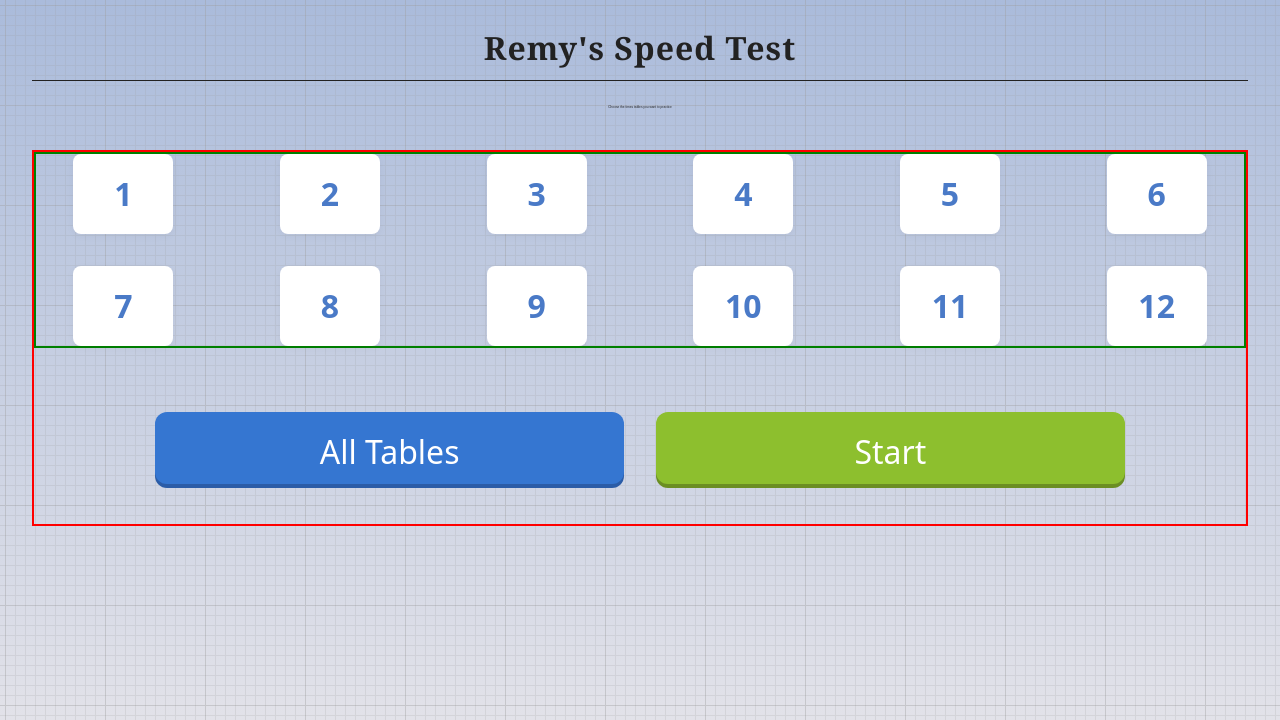
Repository: Chinurum-Omenuko/remys-speed-test
Page: / (app in app/)
An editor plug-in stored every save of this project. The page is shown before and after a run of saves, followed by the edit.
The browser window is 1280 px wide. The pictures show the whole page.
The project was rebuilt for these pictures with package versions that can differ from the ones it lists, and the page was loaded fresh each time. The framework's server and built-in components were replaced by stand-ins that run in the browser. Also part of the build but not shown: app/svelte.config.js, app/vite.config.ts.

Above is the page before, as saved 2025-11-17 21:18:13.

After the next 3 saves:
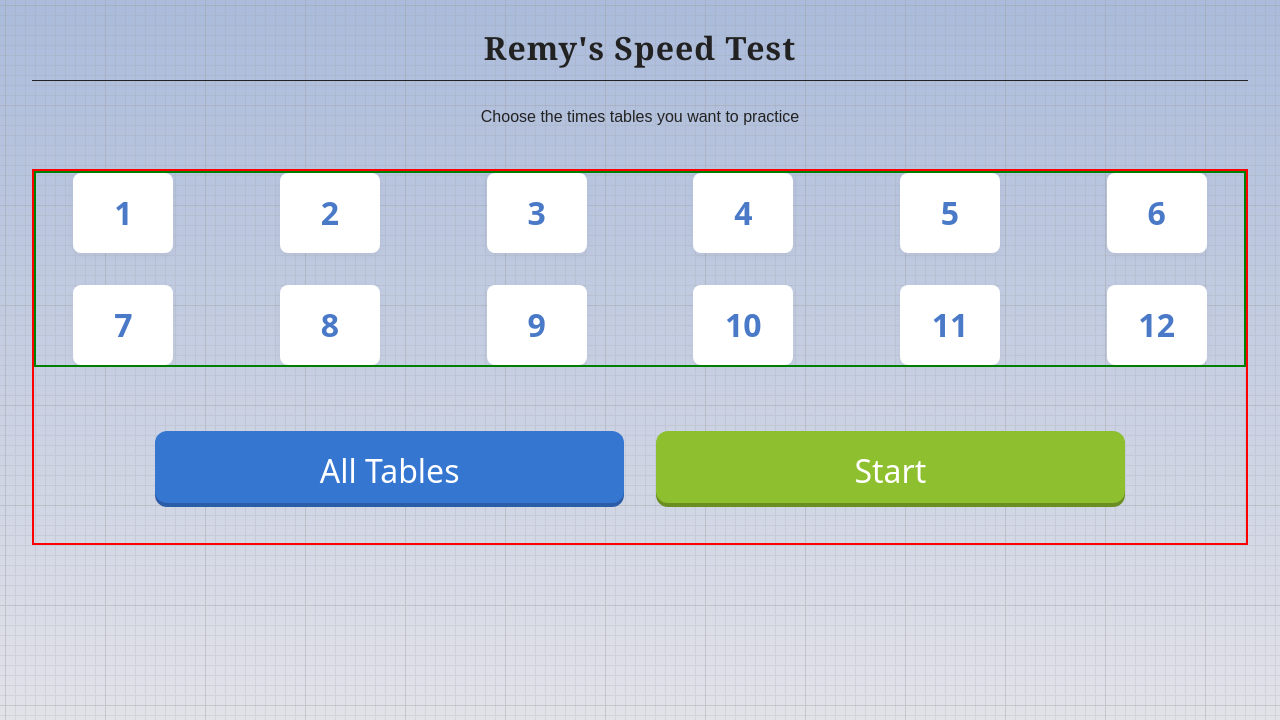
The 3 saves are shown as one change because they came seconds apart.
The last was saved 10 s later.
--- a/app/src/routes/+page.svelte
+++ b/app/src/routes/+page.svelte
@@ -253,7 +253,7 @@
 	/* 1024px: tablet landscape / small laptop */
 	@media (min-width: 1024px) {
 		.subtitle{
-			font-size: .2rem;
+			font-size: 1rem;
 		}
 		.tables-grid {
 			grid-template-columns: repeat(6, 1fr);
